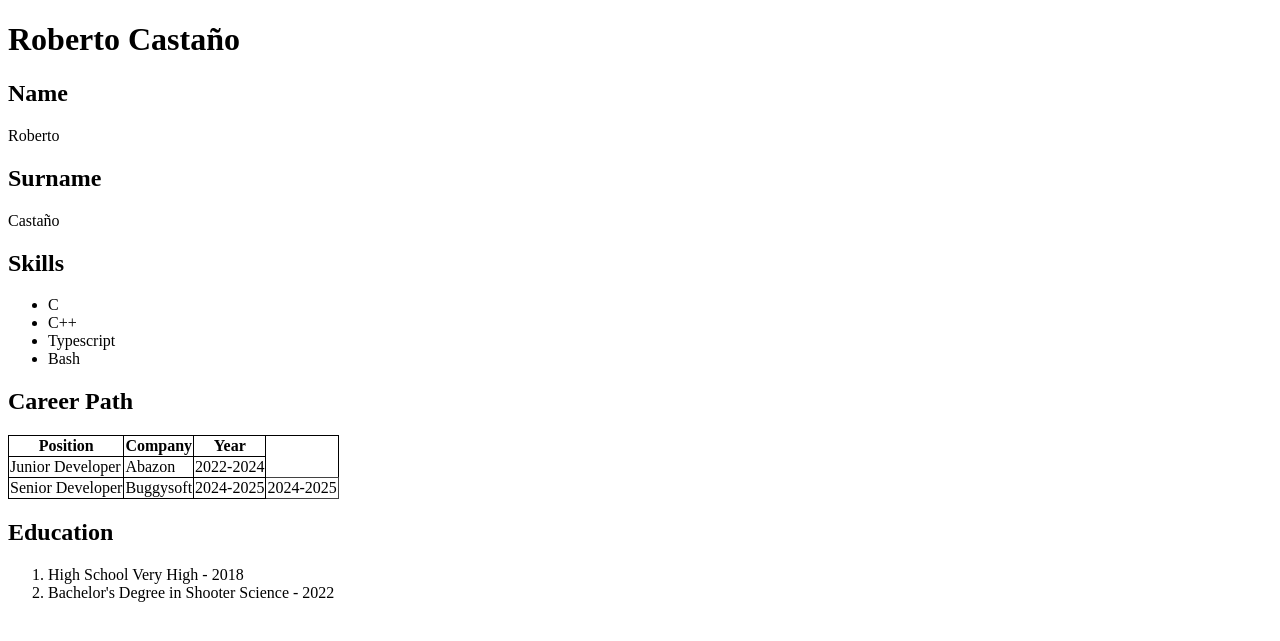
Repository: cronopi/django
Page: Training-Python-Django-0 1/ex01/cv.html
These files come from the project's save history. The page is drawn as it stood at one moment and after the next save; the edit follows.
The browser window is 1280 px wide. The pictures show the whole page.

Above is the page before, as saved 2026-03-10 12:46:57.

### Training-Python-Django-0 1/ex01/cv.html
<!DOCTYPE html>
<html>

<head>
	<title>Resume - Roberto Castaño</title>
	<style>
		table {
			border-collapse: collapse;
			border: 1px solid black;
		}

		table th,
		table td {
			border: 1px solid black;
		}
	</style>
</head>

<body>
	<h1>Roberto Castaño</h1>

	<h2>Name</h2>
	<p>Roberto</p>
	<h2>Surname</h2>
	<p>Castaño</p>

	<h2>Skills</h2>
	<ul>
		<li>C</li>
		<li>C++</li>
		<li>Typescript</li>
		<li>Bash</li>
	</ul>

	<h2>Career Path</h2>
	<table>
		<tr>
			<th>Position</th>
			<th>Company</th>
			<th>Year</th>
		</tr>
		<tr>
			<td>Junior Developer</td>
			<td>Abazon</td>
			<td>2022-2024</td>
		</tr>
		<tr>
			<td>Senior Developer</td>
			<td>Buggysoft</td>
			<td>2024-2025</td>
			<td style="border-color: #424242;">2024-2025</td>
		</tr>
	</table>

	<h2>Education</h2>
	<ol>
		<li>High School Very High - 2018</li>
		<li>Bachelor's Degree in Shooter Science - 2022</li>
	</ol>

</body>

</html>

After the next save:
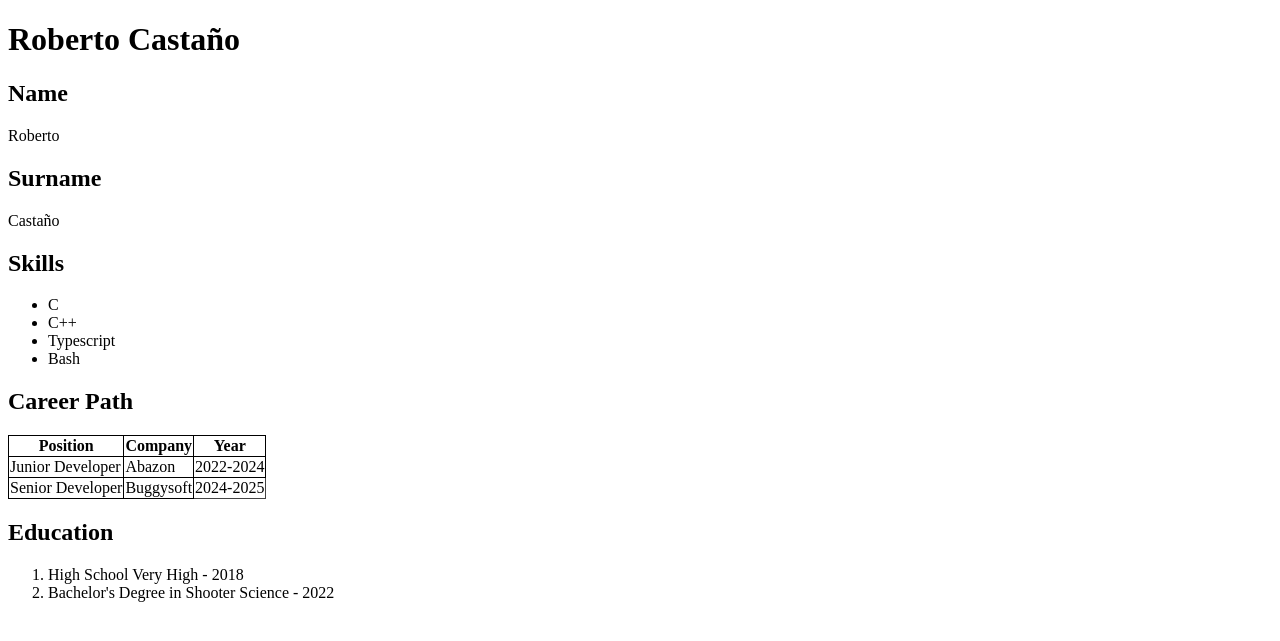
Saved 32 s later.
--- a/Training-Python-Django-0 1/ex01/cv.html
+++ b/Training-Python-Django-0 1/ex01/cv.html
@@ -47,7 +47,6 @@
 		<tr>
 			<td>Senior Developer</td>
 			<td>Buggysoft</td>
-			<td>2024-2025</td>
 			<td style="border-color: #424242;">2024-2025</td>
 		</tr>
 	</table>
